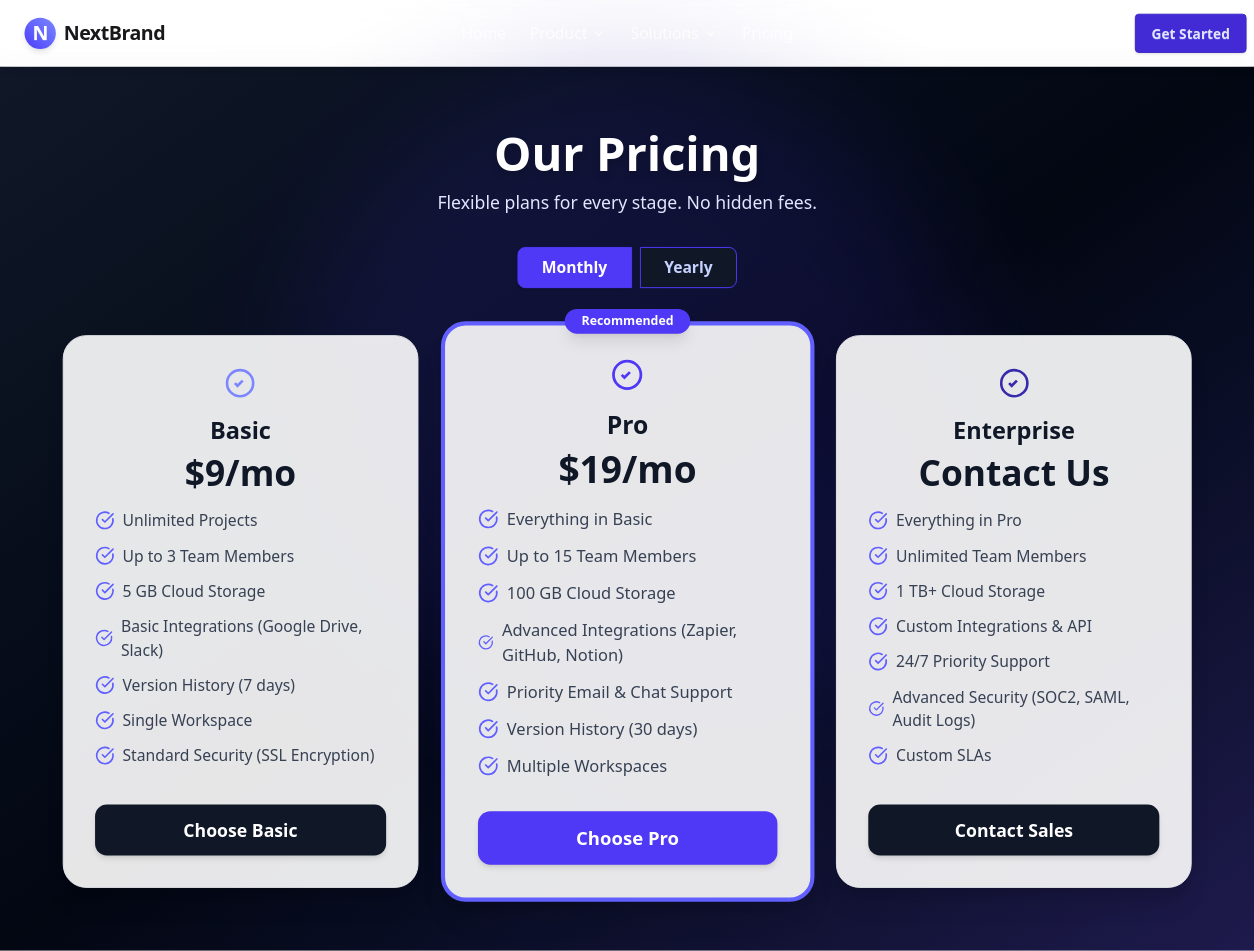
Repository: Chiranshukapil/Next_Brand
Page: /pricing
These files come from the project's save history. The page is drawn as it stood at one moment and after the next save; the edit follows.
The browser window is 1280 px wide. The pictures show the whole page, at 98% of full size.
The project was rebuilt for these pictures with package versions that can differ from the ones it lists, and the page was loaded fresh each time. Also part of the build but not shown: vite.config.js.

Above is the page before, as saved 2025-06-18 12:33:24.

After the next save:
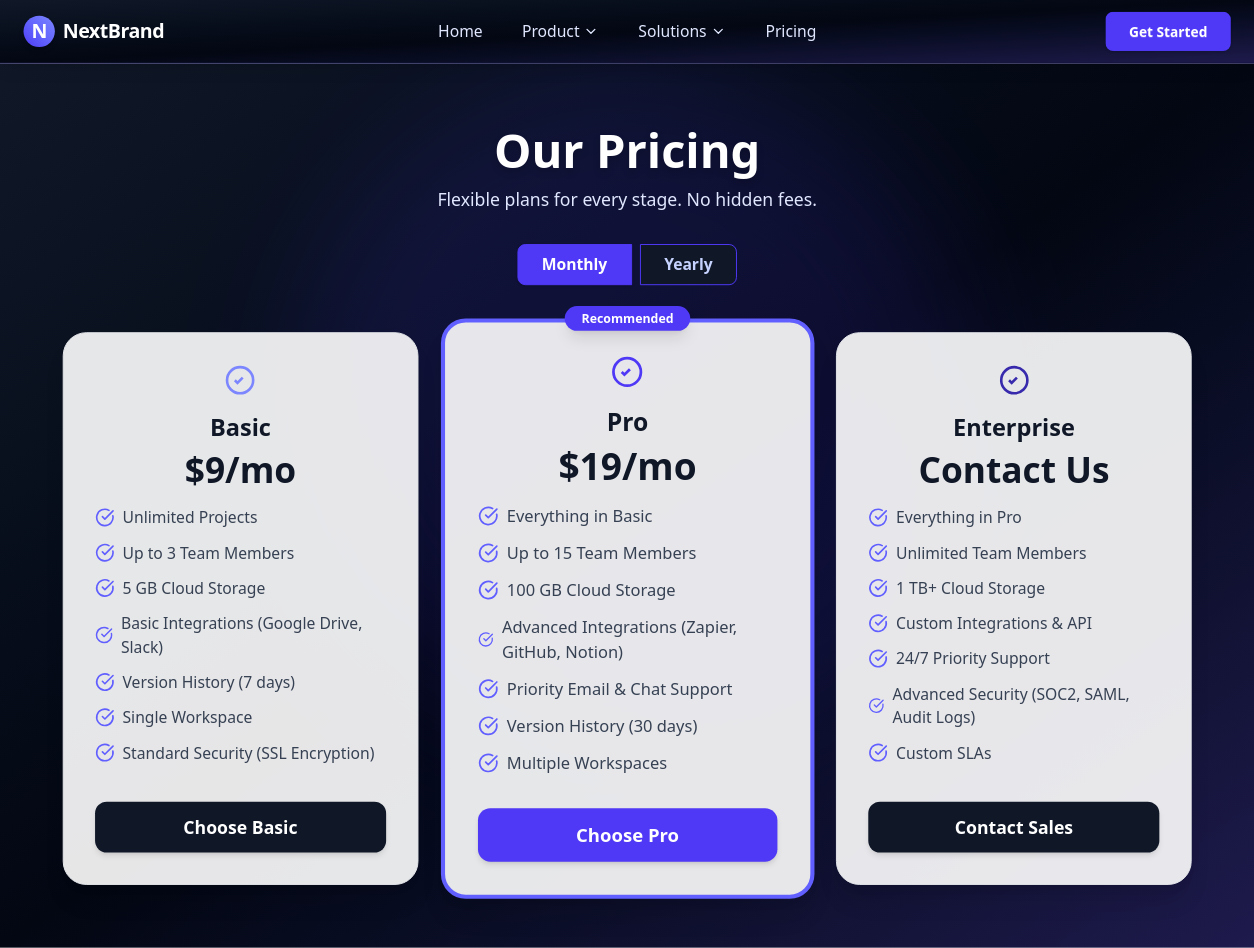
Saved 10 s later.
--- a/src/Components/NavBar.jsx
+++ b/src/Components/NavBar.jsx
@@ -2,7 +2,7 @@ import React, { useState } from "react";
 import { Link } from "react-router-dom";
 import { Menu, X, ChevronDown } from "lucide-react";
 
-// Use route paths in navLinks
+// Route-based navLinks
 const navLinks = [
   { name: "Home", href: "/" },
   {
@@ -11,6 +11,7 @@ const navLinks = [
     dropdown: [
       { name: "Overview", href: "/product/overview" },
       { name: "Features", href: "/product/features" },
+      { name: "Pricing", href: "/pricing" },
     ],
   },
   {
@@ -29,12 +30,12 @@ export default function Navbar() {
   const [dropdownOpen, setDropdownOpen] = useState(null);
 
   return (
-    <nav className="navbar shadow-md sticky top-0 z-50 backdrop-blur-md bg-opacity-90 transition-all duration-300 flex justify-between items-center">
-
+    <nav className="sticky top-0 z-50 bg-gradient-to-br from-gray-900 via-gray-950 to-indigo-950 backdrop-blur-md bg-opacity-80 border-b border-indigo-800/30 shadow-lg flex justify-between items-center px-6 py-3">
+      {/* Brand/Logo */}
       <div className="navbar-start">
         <Link
           to="/"
-          className="btn btn-ghost text-xl font-bold tracking-tight flex items-center gap-2 hover:text-indigo-500 transition-colors"
+          className="flex items-center gap-2 text-xl font-bold tracking-tight text-white hover:text-indigo-400 transition-colors"
         >
           <span className="w-8 h-8 bg-gradient-to-tr from-indigo-600 to-indigo-400 rounded-full text-white flex items-center justify-center font-bold shadow-md">
             N
@@ -43,8 +44,9 @@ export default function Navbar() {
         </Link>
       </div>
 
+      {/* Desktop Menu */}
       <div className="navbar-center hidden md:flex">
-        <ul className="menu menu-horizontal px-1">
+        <ul className="flex gap-2 items-center">
           {navLinks.map((link, index) => (
             <li
               key={link.name}
@@ -56,7 +58,7 @@ export default function Navbar() {
                 <>
                   <Link
                     to={link.href}
-                    className="text-base font-medium flex items-center gap-1 cursor-pointer text-white/80 hover:text-indigo-500 transition-colors"
+                    className="px-4 py-2 rounded-lg text-base font-medium flex items-center gap-1 cursor-pointer text-indigo-100 hover:text-white hover:bg-indigo-700/30 transition-colors"
                     aria-haspopup="true"
                     aria-expanded={dropdownOpen === index}
                     onClick={() => setDropdownOpen(null)}
@@ -65,12 +67,12 @@ export default function Navbar() {
                     <ChevronDown className="h-4 w-4" />
                   </Link>
                   {dropdownOpen === index && (
-                    <ul className="absolute top-full left-0 mt-1 bg-gray-200 shadow-lg rounded-box p-2 w-48 z-50 animate-fade-in">
+                    <ul className="absolute top-full left-0 mt-2 bg-white/95 shadow-xl rounded-xl p-2 w-52 z-50 animate-fade-in">
                       {link.dropdown.map((item) => (
                         <li key={item.name}>
                           <Link
                             to={item.href}
-                            className="block px-3 py-1 rounded hover:bg-indigo-50 text-gray-800 transition"
+                            className="block px-4 py-2 rounded-lg hover:bg-indigo-100 text-gray-900 font-medium transition"
                             onClick={() => setDropdownOpen(null)}
                           >
                             {item.name}
@@ -83,7 +85,7 @@ export default function Navbar() {
               ) : (
                 <Link
                   to={link.href}
-                  className="text-base font-medium text-white/80 hover:text-indigo-500 transition"
+                  className="px-4 py-2 rounded-lg text-base font-medium text-indigo-100 hover:text-white hover:bg-indigo-700/30 transition"
                   onClick={() => setDropdownOpen(null)}
                 >
                   {link.name}
@@ -94,50 +96,46 @@ export default function Navbar() {
         </ul>
       </div>
 
+      {/* Right Side: CTA + Mobile Menu Button */}
       <div className="navbar-end flex items-center">
         <Link
           to="/get-started"
-          className="btn btn-primary font-semibold shadow hidden md:inline-flex"
+          className="btn btn-primary font-semibold shadow hidden md:inline-flex bg-indigo-600 text-white hover:bg-indigo-700 border-none rounded-lg px-6 py-2 transition"
         >
           Get Started
         </Link>
         <button
           aria-label="Toggle menu"
-          className="btn btn-ghost md:hidden ml-2"
+          className="btn btn-ghost md:hidden ml-2 text-indigo-200"
           onClick={() => setMenuOpen((v) => !v)}
         >
           {menuOpen ? (
-            <X className="h-6 w-6 text-indigo-600" />
+            <X className="h-7 w-7" />
           ) : (
-            <Menu className="h-6 w-6 text-indigo-600" />
+            <Menu className="h-7 w-7" />
           )}
         </button>
 
+        {/* Mobile Menu */}
         <div
-          className={`absolute top-full right-2 left-2 z-40 md:hidden overflow-hidden transition-all duration-300 ease-in-out bg-white rounded-box shadow-lg ${
+          className={`absolute top-full right-2 left-2 z-40 md:hidden overflow-hidden transition-all duration-300 ease-in-out bg-white/95 rounded-xl shadow-lg ${
             menuOpen ? "max-h-96" : "max-h-0"
           }`}
         >
-          <ul tabIndex={0} className="menu menu-sm p-2 w-full">
+          <ul tabIndex={0} className="flex flex-col gap-1 p-3 w-full">
             {navLinks.map((link) => (
               <li key={link.name}>
                 {link.dropdown ? (
                   <details>
-                    <summary className="text-base cursor-pointer flex items-center justify-between text-gray-800">
-                      <Link
-                        to={link.href}
-                        className="flex items-center gap-1"
-                        onClick={() => setMenuOpen(false)}
-                      >
-                        {link.name}
-                      </Link>
+                    <summary className="text-base cursor-pointer flex items-center justify-between text-gray-900 font-semibold px-2 py-2 rounded-lg hover:bg-indigo-100 transition">
+                      {link.name}
                     </summary>
                     <ul className="p-2">
                       {link.dropdown.map((item) => (
                         <li key={item.name}>
                           <Link
                             to={item.href}
-                            className="text-base text-gray-800"
+                            className="block px-4 py-2 rounded-lg text-gray-900 hover:bg-indigo-100 transition"
                             onClick={() => setMenuOpen(false)}
                           >
                             {item.name}
@@ -149,7 +147,7 @@ export default function Navbar() {
                 ) : (
                   <Link
                     to={link.href}
-                    className="text-base text-gray-800"
+                    className="block px-4 py-2 rounded-lg text-gray-900 font-semibold hover:bg-indigo-100 transition"
                     onClick={() => setMenuOpen(false)}
                   >
                     {link.name}
@@ -160,7 +158,7 @@ export default function Navbar() {
             <li className="mt-2">
               <Link
                 to="/get-started"
-                className="btn btn-primary w-full"
+                className="btn btn-primary w-full bg-indigo-600 text-white hover:bg-indigo-700 border-none rounded-lg px-6 py-2 transition"
                 onClick={() => setMenuOpen(false)}
               >
                 Get Started
